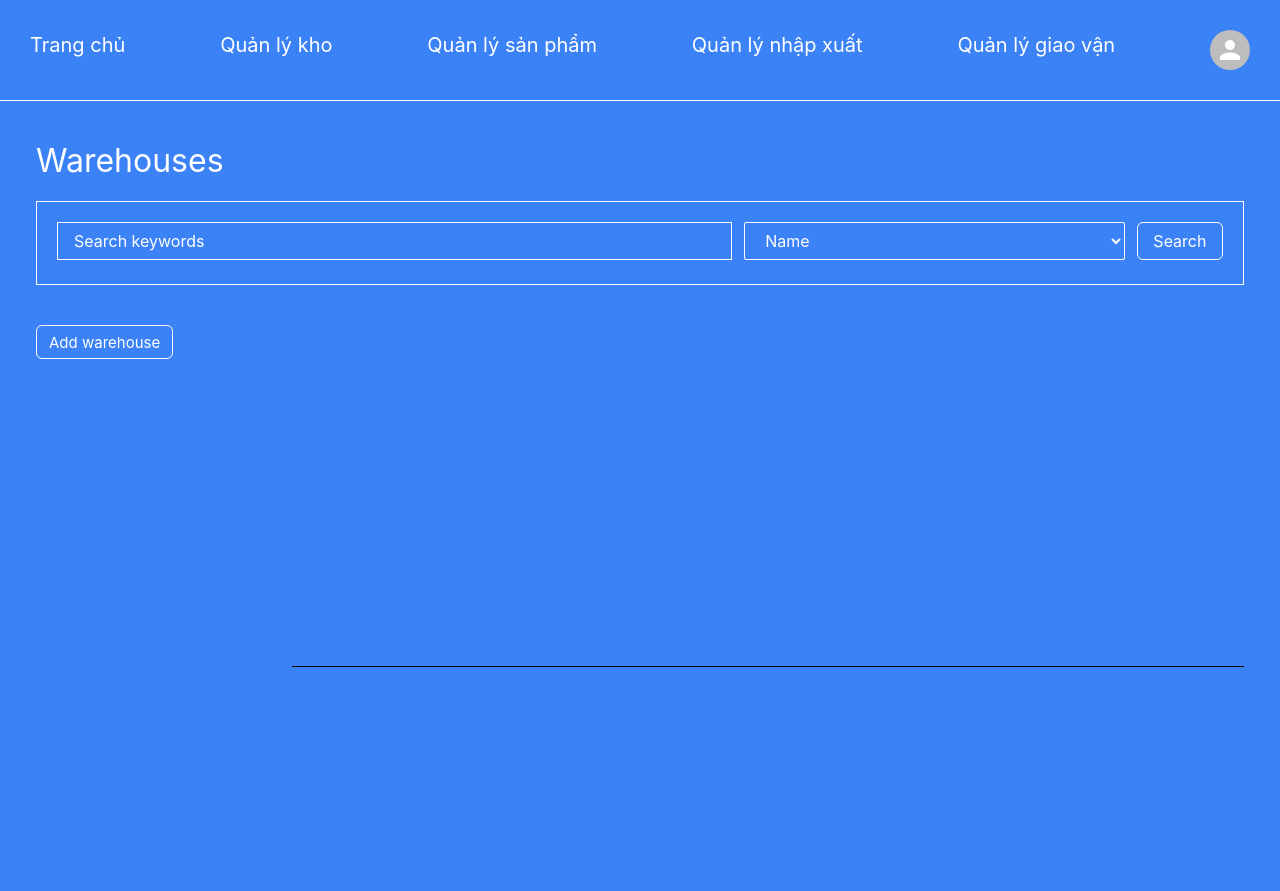
Repository: Kiendz3202/warehouse-management
Page: /io-management
These files come from the project's save history. The page is drawn as it stood at one moment and after the next save; the edit follows.
The browser window is 1280 px wide. The pictures show the whole page.
The page's requests for data from a server got no answer. The project was rebuilt for these pictures with package versions that can differ from the ones it lists, and the page was loaded fresh each time. Some packages were replaced by stand-ins written for this rebuild. The framework's server and built-in components were replaced by stand-ins that run in the browser. No one was signed in, and anything a server would have sent is missing. Also part of the build but not shown: next.config.js, components/Pagination/Pagination.js, components/UI/Modal.js, components/UI/Loading.js, components/Item/ItemSupplier.js.

Above is the page before, as saved 2022-07-26 22:02:06.

### pages/_app.js
import '../styles/globals.css'
import Layout from '../components/Layout/Layout'
import { useRouter } from 'next/router'
import { Provider } from 'react-redux'
import store from '../store/store'

function MyApp({ Component, pageProps }) {

  const router = useRouter()
  if (router.pathname === '/login') {
    return <Component {...pageProps} />
  } else {
    return (
      <Provider store={store}>
        <Layout>
          <Component {...pageProps} />
        </Layout>
      </Provider>
    )
  }
}

export default MyApp

### pages/_document.js
import Document, { Html, Head, Main, NextScript } from 'next/document'

class MyDocument extends Document {
    static async getInitialProps(ctx) {
        const originalRenderPage = ctx.renderPage

        // Run the React rendering logic synchronously
        ctx.renderPage = () =>
            originalRenderPage({
                // Useful for wrapping the whole react tree
                enhanceApp: (App) => App,
                // Useful for wrapping in a per-page basis
                enhanceComponent: (Component) => Component,
            })

        // Run the parent `getInitialProps`, it now includes the custom `renderPage`
        const initialProps = await Document.getInitialProps(ctx)

        return initialProps
    }

    render() {
        return (
            <Html>
                <Head />
                <body>
                    <Main />
                    <NextScript />
                    <div id='modal-root'></div>
                </body>
            </Html>
        )
    }
}

export default MyDocument

### pages/io-management/index.js
import React, { useState } from 'react'
import SearchForm from '../../components/SearchForm.js/SearchForm'
import { useRouter } from 'next/router'
import Head from 'next/head'

function IoManagement() {

    return (
        <div className='bg-blue-500 w-full h-full min-h-screen   p-[36px]'>
            <Head>
                <title>in-out-management</title>
                <meta name="description" content="Generated by create next app" />
                <link rel="icon" href="/favicon.ico" />
            </Head>
            <div className='text-white '>
                <div className='text-[32px] mb-[16px]'>Warehouses</div>
                <div className='mb-[40px]'>
                    <SearchForm />
                </div>
                <div className='mb-[24px]'>
                    <button className='text-[15px] block bg-transparent hover:opacity-80 border border-white cursor-pointer rounded-md min-w-[110px] h-[34px] px-[12px] py-[6px]'>Add warehouse</button>
                </div>
            </div>
            <div>
                {/* <WarehouseList /> */}
            </div>
            <div className='fixed bottom-0 left-[292px] right-[36px] h-[54px] border-t border-black'>
                {/* <Save /> */}
            </div>
        </div>
    )
}

export default IoManagement

### components/Layout/Layout.js
import React from 'react'
import Header from '../Header/Header'

function Layout({ children }) {
    return (
        <div>
            <div className=" max-w-[1536px] mx-auto pb-[70px] bg-blue-500 text-white">
                <Header />
                <main className=''>
                    {children}
                </main>
            </div>
        </div>
    )
}

export default Layout

### store/store.js
import { configureStore } from "@reduxjs/toolkit";
import ProductsSice from "./productsSlice";
import WarehouseSlice from "./warehouseSlice";

const store = configureStore({
    reducer: {
        warehouse: WarehouseSlice.reducer,
        products: ProductsSice.reducer
    }
})

export default store

### components/SearchForm.js/SearchForm.js
import React, { useState, useRef } from 'react'
import { Filter } from '@mui/icons-material';
import KeyboardArrowDown from '@mui/icons-material/KeyboardArrowDown';

function SearchForm() {

    const [active, setActive] = useState(false)
    const [height, setHeight] = useState('0px')
    const [rotate, setRotate] = useState('transform duration-700 ease')
    const contentSpace = useRef(null)

    const expandAndCollapse = () => {
        setActive(active === false ? true : false)
        setHeight(active ? '0px' : `${contentSpace.current.scrollHeight}px`)
        setRotate(active ? 'transform duration-700 ease' : 'transform duration-700 ease rotate-180')
    }

    return (
        // bg-[#323259]
        <div>
            <div className=' border-white border w-full px-[20px] pt-[20px]'>
                <div className='grid grid-cols-12 gap-3 h-[62px] text-white '>
                    <div className=' col-span-7 '>
                        <input className='w-full border border-white h-[38px] py-[7px] px-[16px] outline-none bg-transparent text-white placeholder-white ' placeholder='Search keywords' type='text' />
                    </div>
                    <div className='col-span-4 flex '>
                        <select id='selectType' defaultValue='Name' className='w-full h-[38px] py-[7px] px-[16px] border border-white outline-none bg-transparent rounded-sm'>
                            <option value='anycategory' className=' text-black'>Name</option>
                            <option value='description' className=' text-black'>Description</option>
                            <option value='location' className=' text-black'>Location</option>
                        </select>
                    </div>
                    {/* <div className='col-span-3'>
                        <select defaultValue='anystock' className=' w-full h-[38px] py-[7px] px-[16px] outline-none bg-transparent border border-white rounded-sm'>
                            <option value="anystock">Any stock status</option>
                            <option value="instock">In stock</option>
                            <option value="lowstock">Low Stock</option>
                            <option value="sold">SOLD</option>
                        </select>
                    </div> */}
                    <div className='col-span-1 h-[38px] text-center hover:opacity-80 rounded-md px-[12px] py-[6px] bg-transparent border border-white cursor-pointer'>
                        <button className='text-white ' >Search</button>
                    </div>
                </div>
                {/* <div className={`flex relative transition-maxHeight duration-700 ease-in-out overflow-hidden`} ref={contentSpace} style={{ maxHeight: `${height}` }}>
                    <div className=' absolute top-[-20px] h-[1px] bg-[#1b1b38] w-[1191px] left-[-20px] '></div>
                    <div className='flex  mr-[40px]'>
                        <div className='mr-[15px]'>Search in:</div>
                        <div className='ml-[10px]'>
                            <ul>
                                <li>
                                    <input type='checkbox' id='name' />
                                    <label htmlFor='name'>Name</label>
                                </li>
                                <li>
                                    <input type='checkbox' id='sku' />
                                    <label htmlFor='sku'>SKU</label>
                                </li>
                                <li className='mb-[8px]'>
                                    <input type='checkbox' id='fulldescription' />
                                    <label htmlFor='fulldescription'>Full Description</label>
                                </li>
                            </ul>
                        </div>
                    </div>
                    <div className='flex mt-[20px] mr-[40px]'>
                        <div className='mr-[15px]'>Availability</div>
                        <div>
                            <select className='w-full h-[38px] py-[7px] px-[16px] outline-none bg-transparent border border-white rounded-sm'>
                                <option value="">Any Availability Status</option>
                                <option value="">Only Enabled</option>
                                <option value="">Only Disabled</option>
                            </select>
                        </div>
                    </div>
                    <div className='flex mt-[20px]'>
                        <div className='mr-[15px]'>Vendor</div>
                        <div>
                            <input className='w-full h-[38px] py-[7px] px-[16px] outline-none bg-transparent border border-white rounded-sm' type='text' />
                        </div>
                    </div>
                </div> */}
            </div>
            {/* <div className='flex justify-center'>
                <div onClick={expandAndCollapse} className=' w-[50px]  text-center cursor-pointer'>
                    <KeyboardArrowDown className={`h-fullr transition-transform ${rotate}`} />
                </div>
            </div> */}
        </div>
    )
}

export default SearchForm

### components/Header/Header.js
import React from 'react'
import { Avatar } from '@mui/material'
import Link from 'next/link'

function Header() {
    return (
        <div className=' flex justify-between px-[30px] py-[30px] text-[20px] border-b border-white'>
            <div><Link href='/'><span className=' cursor-pointer hover:opacity-80'>Trang chủ</span></Link></div>
            <div><Link href='/warehouse-management'><span className=' cursor-pointer hover:opacity-80'>Quản lý kho</span></Link></div>
            <div><Link href='/products-management'><span className=' cursor-pointer hover:opacity-80'>Quản lý sản phẩm</span></Link></div>
            <div><Link href='/io-management'><span className=' cursor-pointer hover:opacity-80'>Quản lý nhập xuất</span></Link></div>
            <div><span className=' cursor-pointer hover:opacity-80'>Quản lý giao vận</span></div>
            <div><span className=' cursor-pointer'><Avatar /></span></div>
        </div>
    )
}

export default Header

### store/productsSlice.js
import { createSlice } from "@reduxjs/toolkit";


const ProductsSice = createSlice({
    name: 'products',
    initialState: { products: [] },
    reducers: {
        saveProducts(state, action) {
            state.products = action.payload.data
        },
    }
})

export const productsSliceActions = ProductsSice.actions
export default ProductsSice

### store/warehouseSlice.js
import { createSlice } from "@reduxjs/toolkit";


const WarehouseSlice = createSlice({
    name: 'warehouse',
    initialState: { warehouse: [] },
    reducers: {
        saveWarehouse(state, action) {
            state.warehouse = action.payload.data
        }
    }
})

export const warehouseSliceActions = WarehouseSlice.actions
export default WarehouseSlice

### tailwind.config.js
module.exports = {
  content: [
    "./pages/**/*.{js,ts,jsx,tsx}",
    "./components/**/*.{js,ts,jsx,tsx}",
  ],
  theme: {
    extend: {
      boxShadow: {
        'shadowCustom': 'rgba(0, 0, 0, 0.16) 0px 3px 6px, rgba(0, 0, 0, 0.23) 0px 3px 6px',
      }
    },
  },
  plugins: [],
}

### components/list/SupplierList.js
import React, { useEffect, useState } from 'react'
import Delete from '@mui/icons-material/Delete';
import CircularProgress from '@mui/material/CircularProgress';
import Box from '@mui/material/Box';
import InboxIcon from '@mui/icons-material/Inbox';
import Pagination from '../Pagination/Pagination';
import { useDispatch, useSelector } from 'react-redux';
import ItemSupplier from '../Item/ItemSupplier';


function SupplierList() {
    // const productsData = useSelector((state) => state.products.products)
    const [supplier, setSupplier] = useState()
    // const [warehouseList, setWarehouseList] = useState(warehouseData)

    const dispatch = useDispatch()


    useEffect(() => {
        const fetchSupplier = async () => {
            try {
                const response = await fetch(' https://scm-tool.thanhpp.ninja/supplier')
                if (!response) {
                    throw new Error('somethign wrong');
                    return;
                }
                const data = await response.json()

                setSupplier(data.data)
                // dispatch(productsSliceActions.saveProducts({
                //     data: data.data
                // }))
                // setWarehouseList(data)
                console.log(data.data)
            } catch (err) {
                console.log('fetch wrong')
            }
        }

        fetchSupplier()
    }, [])

    const removeHandle = () => {

    }
    return (
        //bg-[#323259]
        <div className='bg-white rounded-md'>
            <div className='grid grid-cols-12 gap-3 text-black'>
                <div className='flex items-center col-span-1 my-[16px]'>
                    {/* <input type='checkbox' className='mr-[10px] leading-[24px] ml-[20px]' /> */}
                    <span className='mr-[10px] leading-[24px] ml-[20px]' >id</span>
                </div>
                <div className=' col-span-4 my-auto   truncate'>name</div>
                <div className=' col-span-4 my-auto truncate'>email</div>
                <div className=' col-span-2 my-auto truncate'>phone</div>
                <div className=' col-span-1 my-auto pl-[5px] flex justify-between truncate'>
                    <span className=' mr-[10px] rounded-sm'>Delete</span>
                    <span className=' mr-[10px] rounded-sm'>Edit</span>
                </div>
            </div>
            {/* {pagination.currentData ? pagination.currentData.map((item) => <ProductItem isSelectedAll={isSelectedAll} key={item.id} id={item.id} sku={item.sku} name={item.name} category={item.category} price={item.price} amount={item.amount} vendor={item.vendor} arrivalDate={item.arrivalDate} />) : <Box sx={{ display: 'flex' }}> */}
            {supplier && supplier.map(supplier => <ItemSupplier id={supplier.id} key={supplier.id} name={supplier.name} email={supplier.email} phone={supplier.phone} />)}
            {/* <CircularProgress /> */}
            {/* </Box>} */}
            {/* <Pagination getNumberPerPage={numberPerPageHandle} pageCount={pagination.pageCount} onPageChange={handleClick} /> */}
            {/* <Pagination /> */}
        </div>
    )
}

export default SupplierList

Loaded but not shown: styles/globals.css (common file)

After the next save:
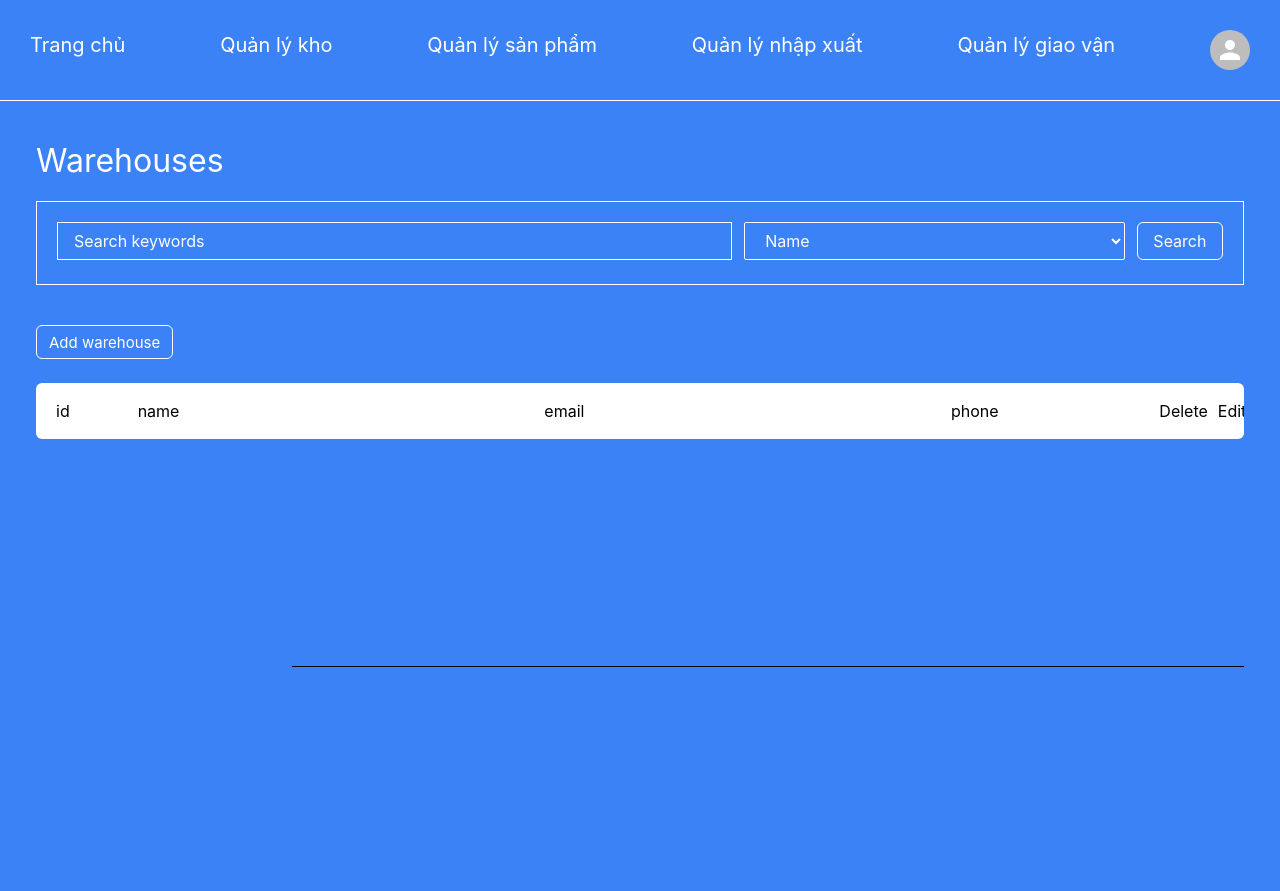
Saved 3 min 8 s later.
--- a/pages/io-management/index.js
+++ b/pages/io-management/index.js
@@ -2,6 +2,7 @@ import React, { useState } from 'react'
 import SearchForm from '../../components/SearchForm.js/SearchForm'
 import { useRouter } from 'next/router'
 import Head from 'next/head'
+import SupplierList from '../../components/list/SupplierList'
 
 function IoManagement() {
 
@@ -22,7 +23,7 @@ function IoManagement() {
                 </div>
             </div>
             <div>
-                {/* <WarehouseList /> */}
+                <SupplierList />
             </div>
             <div className='fixed bottom-0 left-[292px] right-[36px] h-[54px] border-t border-black'>
                 {/* <Save /> */}
